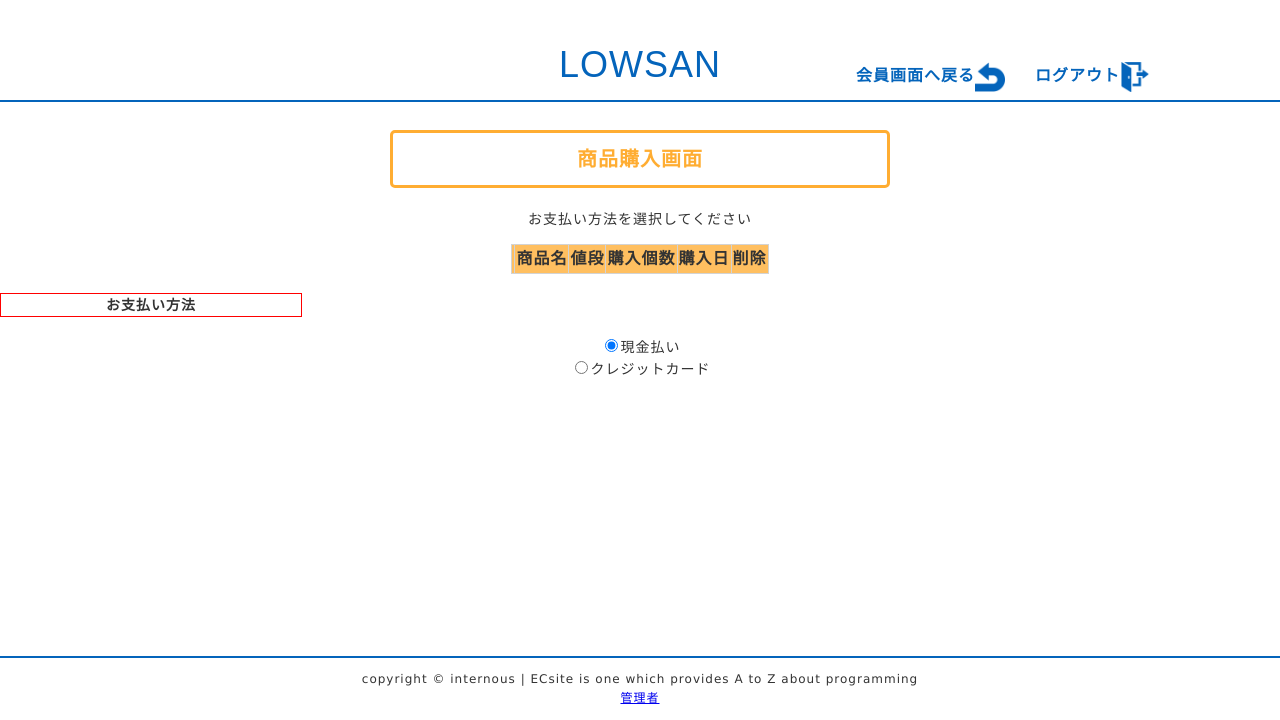
Repository: nishimura0212/myECsite
Page: http://localhost/ecsite/buyItem.jsp
An editor plug-in stored every save of this project. The page is shown before and after the next save, followed by the edit.
The browser window is 1280 px wide. The pictures show the whole page.
The page is served by Tomcat 9. Other server files are loaded and not shown.

Above is the page before, as saved 2019-01-02 14:37:10.

### ecsite/WebContent/buyItem.jsp
<%@ page language="java" contentType="text/html; charset=UTF-8"
    pageEncoding="UTF-8"%>
<%@ taglib prefix="s" uri="/struts-tags" %>
<!DOCTYPE html>
<html>
<head>
<meta http-equiv="Content-Type" content="text/html; charset=UTF-8"/>
<meta http-equiv="Content-Script-Type" content="text/javascript"/>
<meta http-equiv="imagetoolbar" content="no"/>
<meta name="description" content=""/>
<meta name="keywords" content=""/>
<title>商品購入画面</title>
<link rel="stylesheet" type="text/css" href="css/style.css">
</head>
<body>
	<div id="header">
		<p>LOWSAN</p>
		<div id="header-icon">
			<ul>
				<li class="icon">
					<a href="GoUserAction">
					会員画面へ戻る<img src="./img/icon/back.png" width="30px" height="30px">
					</a>
				</li>
				<li class="icon">
					<a href="LogoutAction">
					ログアウト<img src="./img/icon/logout.png" width="30px" height="30px">
					</a>
				</li>
			</ul>
		</div>
	</div>
	<div id="main">
		<div id="top">
			<p>商品購入画面</p>
		</div>
		<p class="comment">お支払い方法を選択してください</p>
		<table class="history-table">
			<tr>
				<th></th>
				<th>商品名</th>
				<th>値段</th>
				<th>購入個数</th>
				<th>購入日</th>
				<th>削除</th>
			</tr>
			<s:iterator value="cartList">
				<tr>
					<td class="td-img"><img
						src='<s:property value="itemImage"/>' class="buy-item-image"></td>
					<td><s:property value="item" /></td>
					<td><s:property value="totalPrice" /><span>円</span></td>
					<td><s:property value="totalCount" /><span>個</span></td>
					<td><s:property value="insert_date" /></td>
					<td><input type="checkbox" name="delete"
						value='<s:property value="id"/>' /></td>
				</tr>
			</s:iterator>
		</table>
		<div class="pay-method">
			<h4>お支払い方法</h4>
			<input type="radio" name="pay" value="1" checked="checked" class="radio">現金払い
			<br><input type="radio" name="pay"value="2" class="radio">クレジットカード
		</div>
	</div>
	<div id="footer">
		<p>copyright &copy; internous | ECsite is one which provides A to Z about programming<br/>
		<a href = '<s:url action="AdminAction"/>'>管理者</a></p>
	</div>
</body>
</html>

### ecsite/WebContent/css/style.css
@CHARSET "UTF-8";

/* bodyレイアウト */
body{
	margin: 0;
	padding: 0;
	height: 100%;
	height: auto;
	line-height: 1.6;
	letter-spacing: 1px;
	font-family: Verdana,Helvetica,sans-serif;
	font-size: 12px;
	color: #333;
	background: #fff;
}

/* headerレイアウト */
#header{
	position: fixed;
	left: 0;
	top: 0;
	z-index: 2;
	width: 100%;
	height: 100px;
	text-align: center;
	background-color: #fff;
	border-bottom: 2px solid #0464bb;
}
#header p{
	color: #0464bb;
	font-family: "メイリオ",sans-serif;
	font-size: 36px;
}
#header-icon{
	position: absolute;
	top: 50px;
	right: 100px;
}
#header-icon .icon{
	float: left;
	margin: 0 auto;
	margin-right: 30px;
	list-style-type: none;
	font-size: 16px;
	font-weight: bold;
}
#header-icon .icon img{
	clear: both;
	vertical-align: middle;
}
#header-icon .icon a{
	color: #0464bb;
	text-decoration:none;
}
.icon:hover{
	cursor: pointer;
}

/* mainレイアウト */
#main{
	position: relative;
	top: 110px;
	width: 100%;
	padding-bottom: 60px;
}

.waku{
	margin-top: 50px;
}

/* 見出しレイアウト */
#top{
	width: 500px;
	margin: 0px auto;
	margin-top: 10px;
	text-align: center;
}
#top p{
	font-size: 20px;
	font-weight: bold;
	border: 3px solid #FFAD32;
	border-radius: 5px;
	color: #FFAD32;
	background-color: #fff;
	padding: 10px 0px;
}

/* tableレイアウト */
.table{
	margin: 0 auto;
	width: 800px;
	font-size: 24px;
	padding: 40px 30px 50px 20px;
	background-color: #FFFDEB;
	color: #FFAD32;
	border-radius: 10px;
}

/* ログイン画面 */
.textarea{
	width: 100%;
	height: 30px;
	font-size: 22px;
	padding-left: 1%;
	border-radius: 15px;
}
input[type="text"]:focus {
	border: 2px solid #FFD493;
	outline: 0;
}
input[type="password"]:focus {
	border: 2px solid #FFD493;
	outline: 0;
}
.error{
	margin: 0 auto;
	width: 500px;
	text-align: center;
}
.error p{
	color: #FF5151;
	font-size: 14px;
}
.single{
	margin-top: 20px;
	text-align: center;
	padding: 20px;
}
.single_btn{
	width: 100px;
	height: 40px;
	padding: 5px;
	background-color: #FFAD32;
	font-size: 12px;
	font-weight: bold;
	color: white;
	border-color: none;
	border-radius: 20px;
}
.single_btn:hover{
	background-color: #F99500;
	cursor: pointer;
}

/* 会員画面 */
.comment{
	text-align: center;
	font-size: 14px;
}
.main-text{
	text-align: center;
	margin-top: 10px;
}
.userButton{
	margin-top: 20px;
	width: 300px;
	height: 100px;
	color: #FFFDEB;
	font-size: 24px;
	background-color: #FFAD32;
	border-radius: 20px;
}
.userButton:hover{
	cursor: pointer;
	background-color: #F99500;
}

/* カテゴリ選択画面 */
.categoryBox{
	margin: 0 auto;
	margin-top: 30px;
	width: 600px;
	text-align: center;
}
.category{
	margin: 0 auto;
	display: inline-block;
	text-align: center;
}
.categoryCircle{
	margin: 0 auto;
	float: left;
}
.circle{
	width: 200px;
	height: 200px;
	margin: 0px 20px 10px 20px;
	border-radius: 50%;
	font-size: 30px;
	border: 5px solid #FFBF60;
	background-color: #FFFDEB;
}
.circle:hover{
	background-color: #FFBF60;
	color: #FFFDEB;
	border: none;
	cursor: pointer;
}
#empty{
	clear: both;
}

/* 商品選択画面 */
.item-wrap{
	width: 700px;
	margin: 30px auto;
	height: 100%;
	padding-bottom: 60px;
}
.itemBox{
	width: 300px;
	height: 250px;
	text-align: center;
	border: 2px dotted gray;
	margin: 20px 20px 20px 20px;
	background-color: #f9fcb6;
}
.itemBox img{
	width: 250px;
	height: 250px;
}
.itemName{
	margin: 0;
	font-size: 15px;
}
.flex-container{
	display: inline-flex;
}

/* 商品購入画面 */
.containerA{
	margin: 0 auto;
	margin-top: 20px;
	margin-right: 50px;
	text-align: center;
}
.left{
	width: 300px;
	height: 300px;
}
.left img{
	width: 100%;
}
.right{
	height: 300px;
	font-size: 20px;
	margin-top: 30px;
	border-collapse: collapse;
}
.td-left{
	text-align: center;
	background-color: #FFBF60;
	border: 1px solid lightgray;
}
.td-right{
	text-align: left;
	padding: 0px 10px;
	border: 1px solid lightgray;
}
.td-submit{
	background-color: #fff;
}
.select{
	width: 50px;
	font-size: 20px;
}
.select:hover{
	cursor: pointer;
}
.block{
	width: 100px;
	display: block;
}

/* 商品購入確認画面 */
.containerB{
	margin: 0 auto;
	margin-left: 150px;
	text-align: center;
}
.button{
	position: relative;
	top: 350px;
	right: 210px;
}
.gray_btn{
	width: 100px;
	height: 40px;
	padding: 5px;
	background-color: #808080;
	font-size: 12px;
	font-weight: bold;
	color: white;
	border-color: none;
	border-radius: 20px;
}
.gray_btn:hover{
	background-color: #666666;
	cursor: pointer;
}

/* 商品購入完了画面 */
.center{
	width: 400px;
	margin: 0 auto;
	margin-top: 50px;
}
.comment p{
	height: 50px;
	line-height: 50px;
	font-size: 16px;
	border: 2px solid gray;
	border-radius: 5px;
}

/* 商品購入履歴画面 */
.history-table{
	margin:0 auto;
	font-size: 16px;
	border-collapse: collapse;
	border: 1px solid lightgray;
	text-align: center;
}
.history-table th{
	border: 1px solid lightgray;
}
.history-table td,.td-img{
	border: 1px solid lightgray;
}
.history-table tr:first-child{
	background-color: #FFBF60;
}
.td-img img{
	width: 100px;
	height: 100px;
}

/* 商品購入画面 */
.pay-method{
	text-align: center;
	font-size: 14px;
	padding-bottom: 60px;
}
.pay-method h4{
	width: 300px;
	border: 1px solid red;
}





.buy-item-button{
	margin: 20px;
	width: 100px;
	height: 50px;
	background-color: #eee;
	border-radius: 20%;
}
.buy-item-button:hover{
	cursor: pointer;
	background-color: #f9fcb6;
}
.pointer:hover{
	cursor: pointer;
}
.button1{
	margin: 0 20px auto;
	float: left;
}
.submit{
	width: 300px;
	height: 400px;
	border-radius: 10%;
	background-color: #f8f8f8;
	font-size: 30px;
}
.submit:hover{
	box-shadow: none;
	background-color: #ffff80;
	cursor: pointer;
}
#text-link{
	display: inline-block;
	text-align: right;
}
#text-right{
	display: inline-block;
	text-align: right;
}
.text-right{
	display: inline-block;
	margin-left: 4%;
}
#wrap{
	margin: 0 40% auto;
}
#left{
	float: left;
	width: 50%;
}
#right{
	float: left;
	width: 50%;
}
.text-center{
	display: inline-block;
	text-align: center;
}
#text{
	clear: left;
	padding-top: 20px;
	width: 780px;
	margin: 30px auto;
}
.text{
	text-align: center;
}
#list{
	border: 2px dotted gray;
	width: 500px;
	height: 100px;
	background-color: lightyellow;
	margin: 30px auto;
}
#list ul li{
	display: inline-block;
	list-style-type: none;
	margin-right: 2em;
}
#button{
	display: inline-block;
	text-align: center;
}
#empty{
	clear: both;
}
.button{
	margin: 0 auto;
	float: left;
	margin-right: 10px;
}
.button:hover{
	cursor: pointer;
}
.category_button{
	margin: 0 auto;
	float: left;
}
.item{
	width: 200px;
	height: 200px;
	margin: 0px 20px 10px 20px;
	border-radius: 50%;
	font-size: 30px;
}





/* footerレイアウト */
#footer{
	clear: both;
	position: fixed;
	left: 0;
	bottom: 0;
	z-index: 2;
	width: 100%;
	background-color: #fff;
	border-top: 2px solid #0464bb;
}
#footer p{
	text-align: center;
}

After the next save:
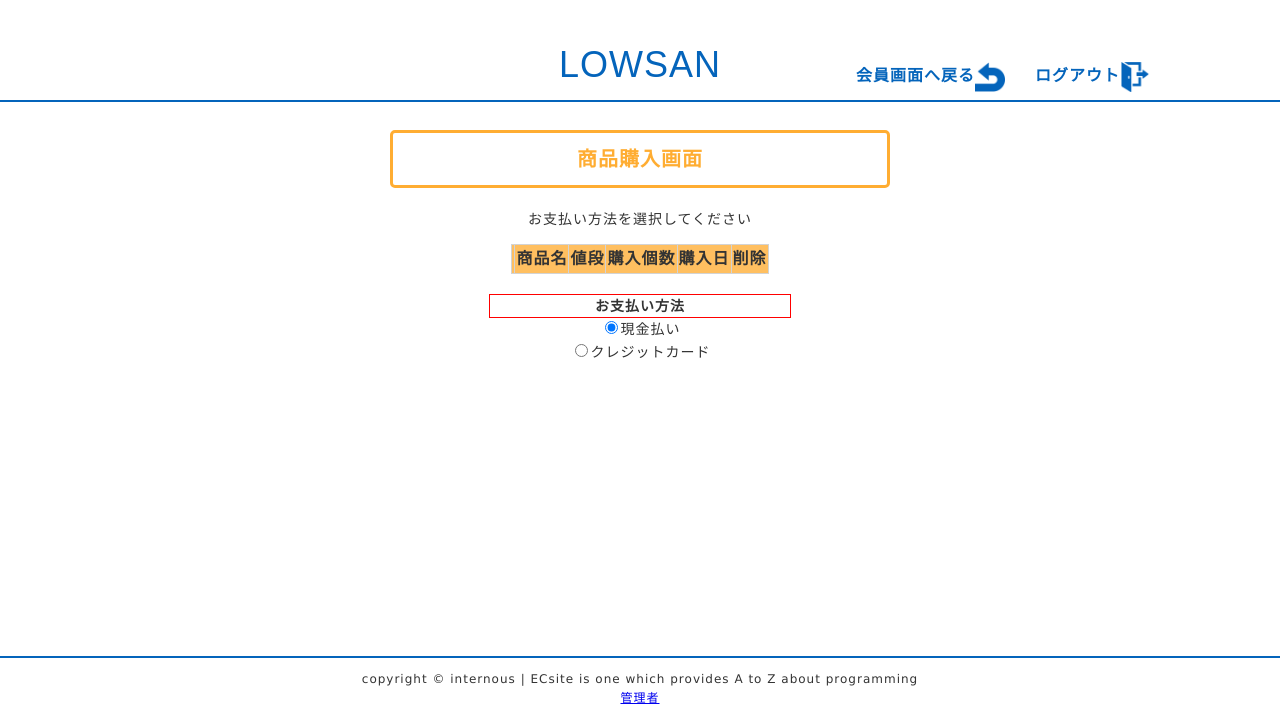
Saved 36 s later.
--- a/ecsite/WebContent/css/style.css
+++ b/ecsite/WebContent/css/style.css
@@ -342,6 +342,8 @@ input[type="password"]:focus {
 	padding-bottom: 60px;
 }
 .pay-method h4{
+	margin: 0 auto;
+	margin-top: 20px;
 	width: 300px;
 	border: 1px solid red;
 }
